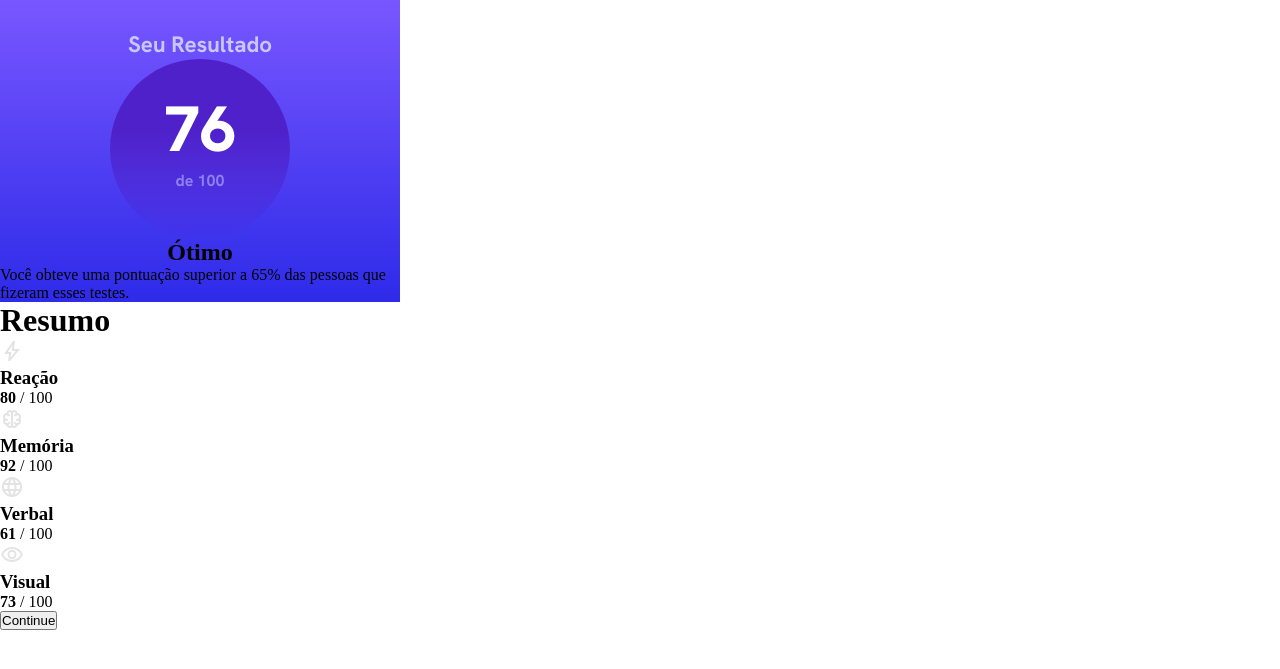
Repository: caique2512/resumo-de-resultados
Page: index.html
The author's editor kept a copy of each file at every save. The page is drawn from the files as they stood at one save, then again after the next save.
The browser window is 1280 px wide. The pictures show the whole page.

Above is the page before, as saved 2026-03-05 23:26:58.

After the next save:
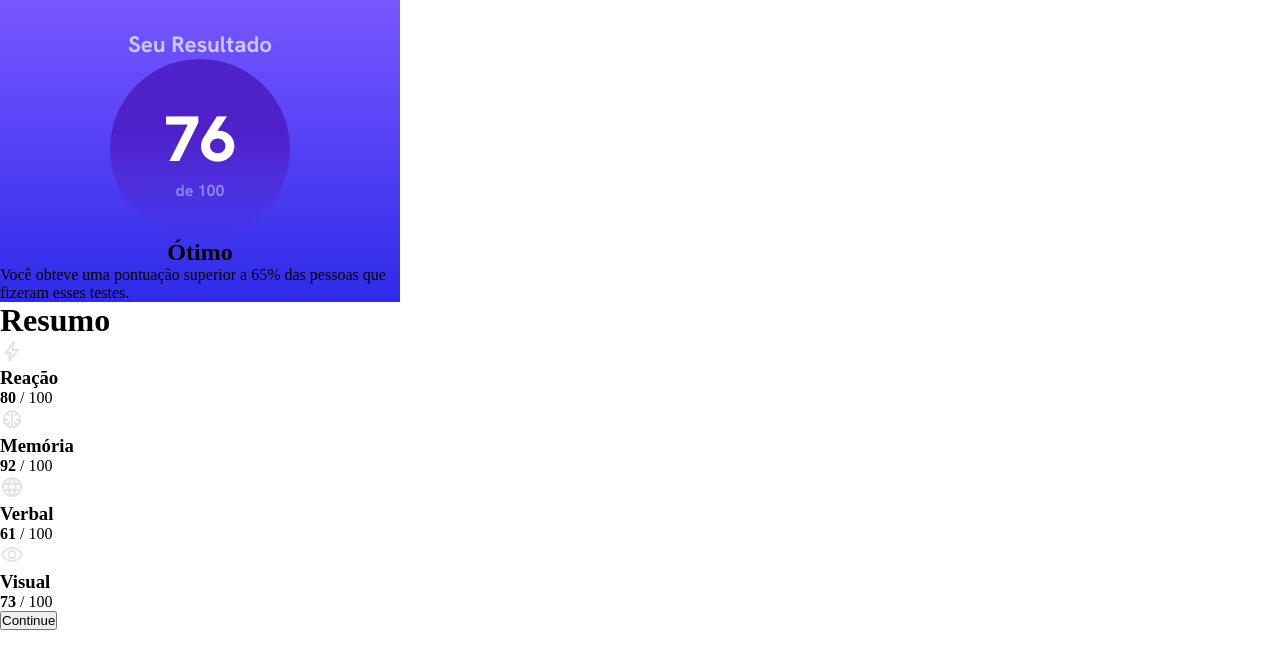
Saved 5 s later.
--- a/src/css/estilos.css
+++ b/src/css/estilos.css
@@ -38,5 +38,4 @@
     color: hsla(241, 100%, 89%, 0.538);
     font-family: "Hanken Grotesk";
     font-weight: 700;
-    padding-bottom: 20px;
 }
